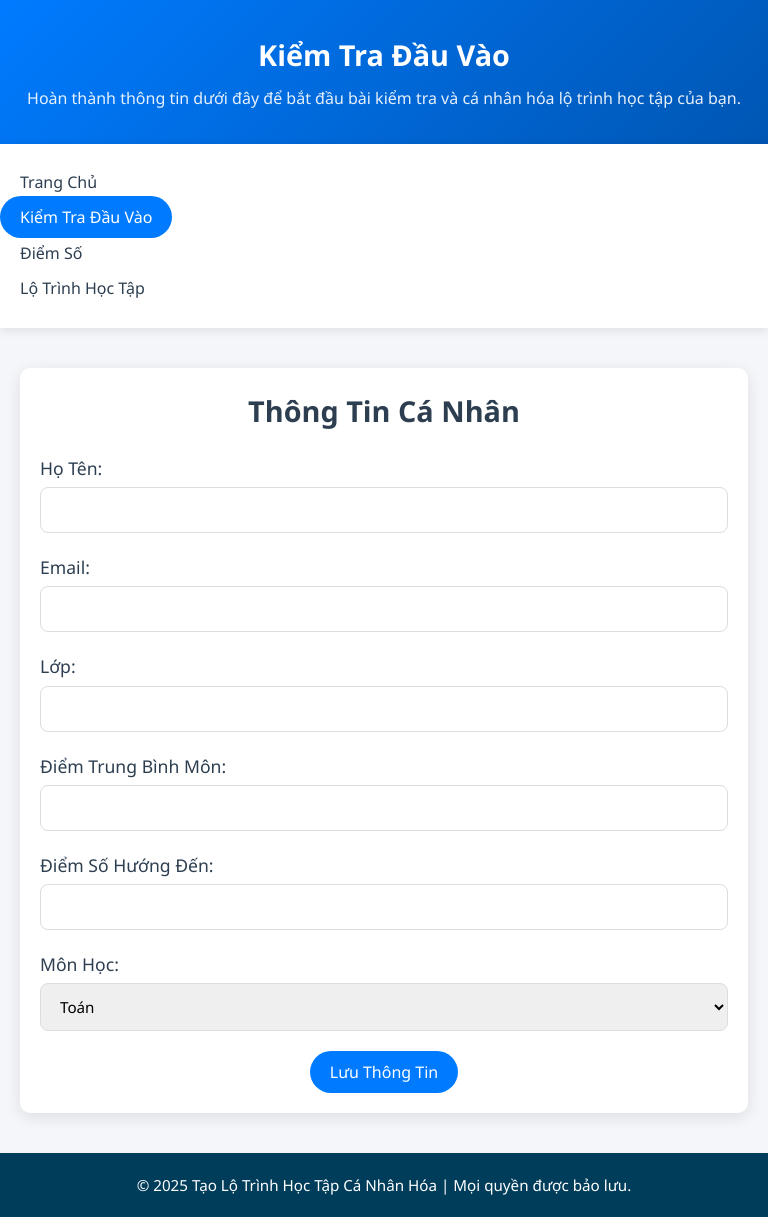
Repository: quankenda73/Prject_Final
Page: INDEX/input-test.html
These files come from the project's save history. The page is drawn as it stood at one moment and after the next save; the edit follows.
The browser window is 768 px wide. The pictures show the whole page.

Above is the page before, as saved 2025-02-24 21:36:26.

After the next save:
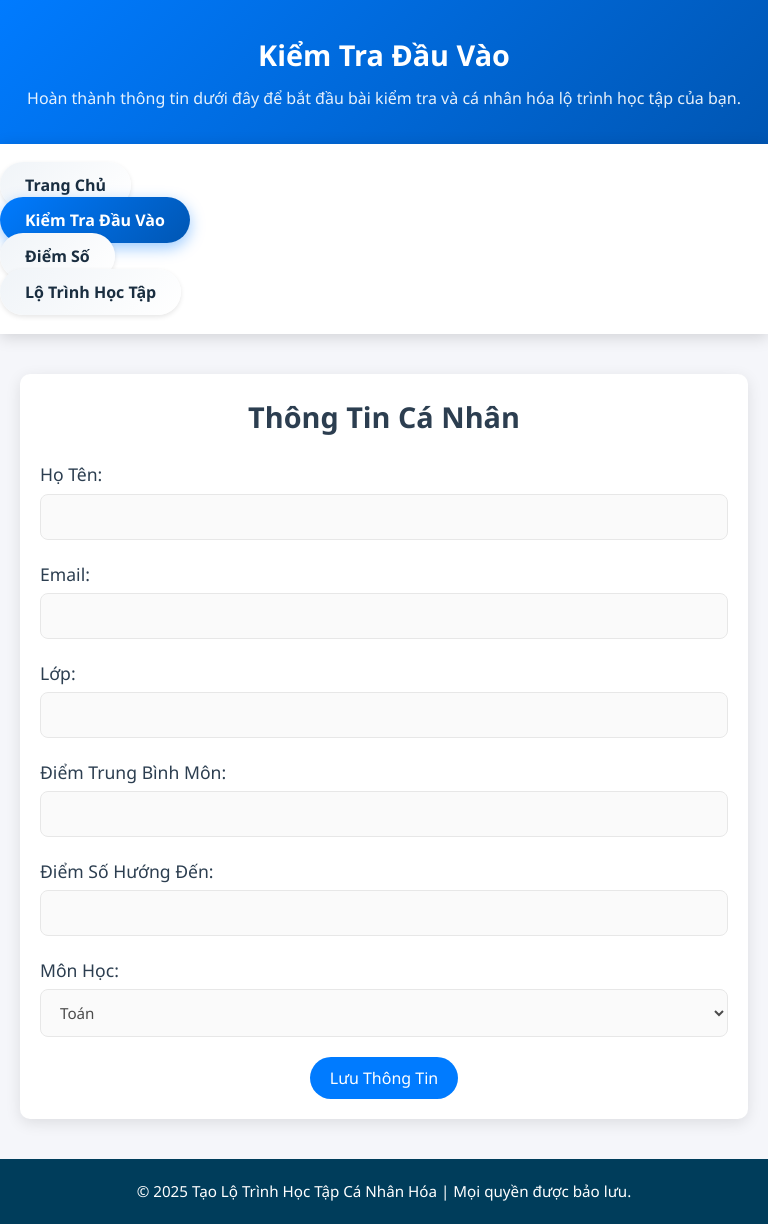
Saved 5 min 19 s later.
--- a/CSS/input_test.css
+++ b/CSS/input_test.css
@@ -41,8 +41,8 @@ header {
 /* Navigation */
 nav {
     background-color: #ffffff;
-    padding: 1rem 0;
-    box-shadow: 0 2px 10px rgba(0, 0, 0, 0.1);
+    padding: 1.2rem 0;
+    box-shadow: 0 3px 15px rgba(0, 0, 0, 0.15);
     position: sticky;
     top: 0;
     z-index: 1000;
@@ -55,23 +55,27 @@ nav {
     list-style: none;
     display: flex;
     justify-content: center;
-    gap: 20px;
+    gap: 25px;
 }
 
 .nav-list li a {
-    color: #2c3e50;
+    color: #1a2e40;
     text-decoration: none;
-    padding: 12px 25px;
-    border-radius: 25px;
+    padding: 14px 30px;
+    border-radius: 30px;
     transition: all 0.3s ease;
-    font-weight: 500;
+    font-weight: 600;
+    font-size: 1.1rem;
+    background: linear-gradient(135deg, #f0f4f8, #ffffff);
+    box-shadow: 0 2px 5px rgba(0, 0, 0, 0.1);
 }
 
 .nav-list li a:hover,
 .nav-list li a.active {
-    background-color: #007bff;
-    color: white;
-    transform: translateY(-2px);
+    background: linear-gradient(135deg, #007bff, #0056b3);
+    color: white;
+    transform: translateY(-3px);
+    box-shadow: 0 5px 15px rgba(0, 123, 255, 0.4);
 }
 
 /* Main Content */
@@ -126,13 +130,17 @@ section h2 {
     border: 1px solid #ddd;
     border-radius: 8px;
     outline: none;
-    transition: border-color 0.3s, box-shadow 0.3s;
+    transition: all 0.3s ease;
+    opacity: 0.7; /* Hơi mờ khi không focus */
+    background-color: #f9f9f9;
 }
 
 .form-group input:focus,
 .form-group select:focus {
+    opacity: 1; /* Rõ hơn khi focus */
     border-color: #007bff;
     box-shadow: 0 0 5px rgba(0, 123, 255, 0.3);
+    background-color: #fff;
 }
 
 .form-group input:invalid:focus {
@@ -194,7 +202,8 @@ footer p {
     }
 
     .nav-list li a {
-        padding: 10px 20px;
+        padding: 12px 25px;
+        font-size: 1rem;
     }
 
     section {
